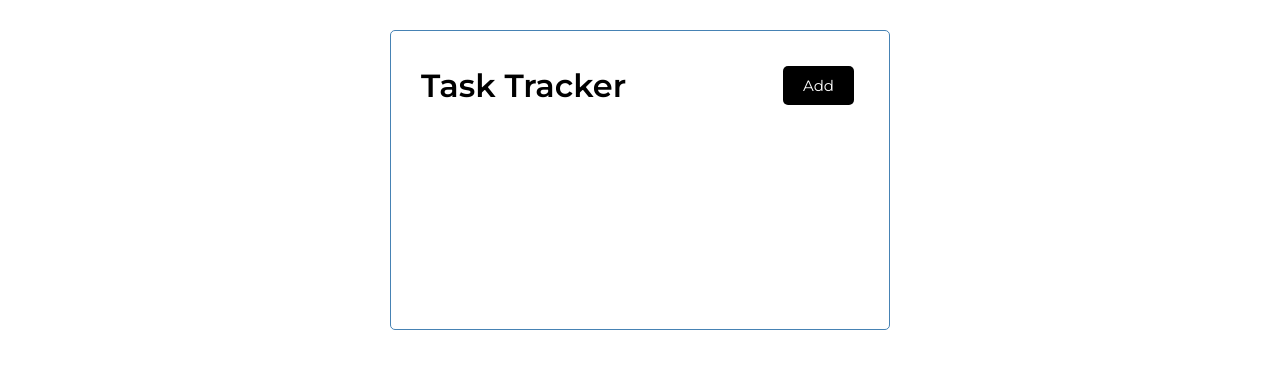
Repository: kate30980/task-tracker-reactjs
Page: /
An editor plug-in stored every save of this project. The page is shown before and after the next save, followed by the edit.
The browser window is 1280 px wide. The pictures show the whole page.
The project was rebuilt for these pictures with package versions that can differ from the ones it lists, and the page was loaded fresh each time.

Above is the page before, as saved 2021-09-19 14:50:20.

### public/index.html
<!DOCTYPE html>
<html lang="en">

<head>
  <meta charset="utf-8" />
  <link rel="icon" href="%PUBLIC_URL%/favicon.ico" />
  <meta name="viewport" content="width=device-width, initial-scale=1" />
  <meta name="theme-color" content="#000000" />
  <meta name="description" content="Web site created using create-react-app" />
  <link rel="apple-touch-icon" href="%PUBLIC_URL%/logo192.png" />
  <!--
      manifest.json provides metadata used when your web app is installed on a
      user's mobile device or desktop. See https://developers.google.com/web/fundamentals/web-app-manifest/
    -->
  <link rel="manifest" href="%PUBLIC_URL%/manifest.json" />
  <!--
      Notice the use of %PUBLIC_URL% in the tags above.
      It will be replaced with the URL of the `public` folder during the build.
      Only files inside the `public` folder can be referenced from the HTML.

      Unlike "/favicon.ico" or "favicon.ico", "%PUBLIC_URL%/favicon.ico" will
      work correctly both with client-side routing and a non-root public URL.
      Learn how to configure a non-root public URL by running `npm run build`.
    -->
  <title>Task Tracker</title>
</head>

<body>
  <noscript>You need to enable JavaScript to run this app.</noscript>
  <div id="root"></div>
  <!--
      This HTML file is a template.
      If you open it directly in the browser, you will see an empty page.

      You can add webfonts, meta tags, or analytics to this file.
      The build step will place the bundled scripts into the <body> tag.

      To begin the development, run `npm start` or `yarn start`.
      To create a production bundle, use `npm run build` or `yarn build`.
    -->
</body>

</html>

### src/index.css

@import url('https://fonts.googleapis.com/css2?family=Montserrat:wght@300;400;600&display=swap');

*{
  box-sizing: border-box;
  margin:0;
  padding:0;
}

body {
  font-family: 'Montserrat', sans-serif;
}

.container {
  max-width: 500px;
  margin: 30px auto;
  overflow: auto;
  min-height: 300px;
  border: 1px solid steelblue;
  padding: 30px;
  border-radius: 5px;
}
.header{
  display: flex;
  justify-content: space-between;
  align-items: center;
  margin-bottom: 20px;
}
.btn{
  display: inline-block;
  background: #000;color: #fff;
  border: none;
  padding: 10px 20px;
  margin: 5px;
  border-radius:5px;
  cursor: pointer;
  text-decoration: none;
  font-size: 15px;
  font-family: inherit;
}
.btn:focus{
  outline: none;
}
.btn:active{
  transform:scale(0.98);
}
.btn-block{
  display: block;
  width: 100%;
}
.event{
  background:#f4f4f4;
  margin: 5px;
  padding: 10px 20px;
  cursor: pointer;
}
.event .reminder{
  border-left: 5px solid green;
}
.event h3{
  display: flex;
  align-items:center;
  justify-content: space-between;
}
.add-form{
  margin-bottom: 40px;
}
.from-control{
  margin: 20px 0;
}
.from-control label {
  display: block;
}
.from-control input{
  width: 100%;
  height: 40px;
  margin: 5px;
  padding: 3px 7px;
  font-size: 17px;
}
.form-control-check{
  display: flex;
  align-items: center;
  justify-content: space-between;
}
.form-control-check label{
  flex: 1;
}
.form-control-check input {
  flex: 2;
  height: 20px;
}
footer{
  margin-top: 30px;
  text-align: center;
}

### src/components/Header.js
import PropTypes from "prop-types";

const Header = ({ title }) => {
  return (
    <header className="header">
      <h1>{title}</h1>
      <button className="btn">Add</button>
    </header>
  );
};

Header.defaultProps = {
  title: "Task Tracker",
};

Header.propTypes = {
  title: PropTypes.string.isRequired,
};

export default Header;

Loaded but not shown: src/index.js (common file); src/App.js (common file); src/reportWebVitals.js (common file)

After the next save:
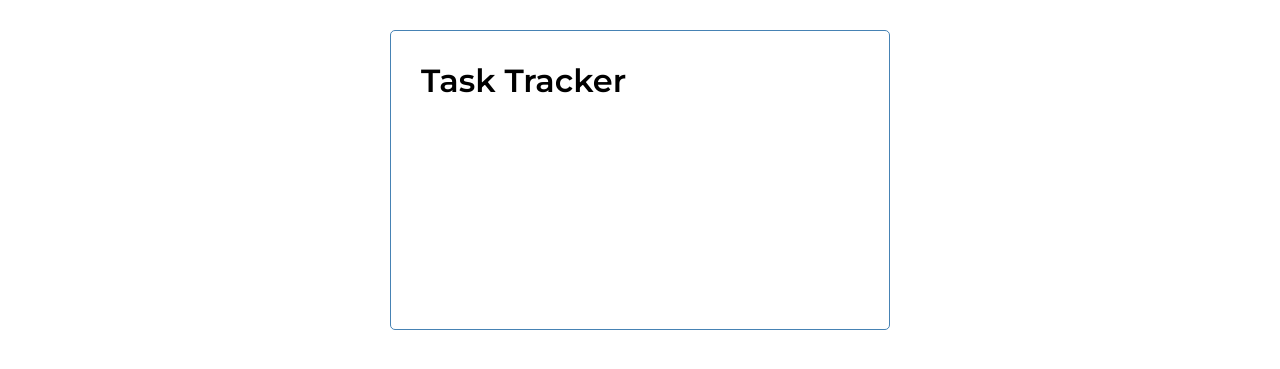
Saved 11 min 35 s later.
--- a/src/components/Header.js
+++ b/src/components/Header.js
@@ -4,7 +4,6 @@ const Header = ({ title }) => {
   return (
     <header className="header">
       <h1>{title}</h1>
-      <button className="btn">Add</button>
     </header>
   );
 };
